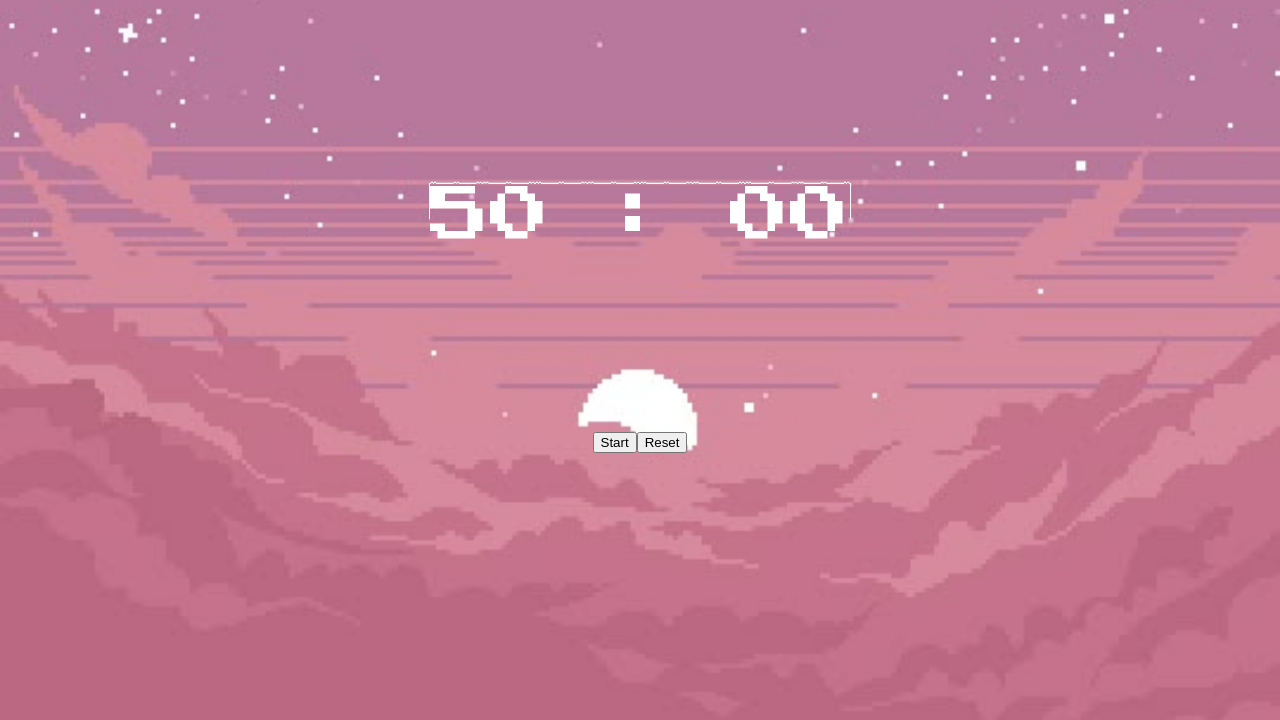
Repository: niharikapatil2306/Study-Timer
Page: index.html
These files come from the project's save history. The page is drawn as it stood at one moment and after the next save; the edit follows.
The browser window is 1280 px wide. The pictures show the whole page.

Above is the page before, as saved 2025-02-15 17:38:31.

### index.html
<!DOCTYPE html>
<html lang="en">
<head>
    <meta charset="UTF-8">
    <meta name="viewport" content="width=device-width, initial-scale=1.0">
    <title>Study Timer</title>
    <link href="https://fonts.googleapis.com/css2?family=Press+Start+2P&display=swap" rel="stylesheet">
    <link rel="stylesheet" href="style.css" />
</head>
<body style="background-color: black;">
    <div class="container">
        <div class="timer">
            <div class="box">
                <span id="min">
                    50
                </span>
                :
                <span id="sec">
                    00
                </span>
            </div>
        </div>
        <div class="button_container">
            <button id="start">
                Start
            </button>
            <button id="reset">
                Reset
            </button>
        </div>
    </div>
    <script src="./clock.js"></script>
</body>
</html>

### style.css
body {
    margin: 0;
    padding: 0;
    background: url("./img/bg.jpeg") no-repeat center center fixed;
    background-size: cover;
}

.container{
    height: 100vh;
}

.box{
    border: 16px solid transparent;
    border-image: url('./img/border1.png') 100 round;
}

.timer{
    font-family: 'Press Start 2P', monospace;
    height: 60vh;
    font-size: 60px;
    font-weight: 400;
    color: white;
    display: flex;
    align-items: center;
    justify-content: center;
}

.button_container{
    display: flex;
    align-items: center;
    justify-content: center;
}

/* .timer {

    font-size: 50px;
    color: ivory;
    text-rendering: optimizeSpeed;
}

.box{
    width: max-content ;
    border: 1px solid white;
}

span{
    padding: 4px;
    margin: 8px;
}

.container{
    text-align: center;
    width: 100vw;
    height: 100vh;
    display: flex;
    position: relative; */
    /* flex-direction: column;
    justify-content: center;

} */

### clock.js
let timer;
let timeLeft = 50*60 // 50 minutes
const min = document.getElementById("min");
const sec = document.getElementById("sec");
const startBtn = document.getElementById("start");
const resetBtn = document.getElementById("reset");

function updateDisplay(){
    let minutes = Math.floor(timeLeft/60);
    let seconds = timeLeft%60;
    min.textContent = minutes.toString().padStart(2, "0");
    sec.textContent = seconds.toString().padStart(2, "0");
}

startBtn.addEventListener("click", () => {
    if(!timer){
        timer = setInterval(() => {
            if(timeLeft>0){
                timeLeft--;
                updateDisplay();
            }
            else{
                clearInterval(timer);
                timer = null;
                alert("Take a break!!")
            }
        }, 1000);
    }
});

resetBtn.addEventListener("click", () => {
    clearInterval(timer);
    timer = null;
    timeLeft = 50*60;
    updateDisplay();
});

After the next save:
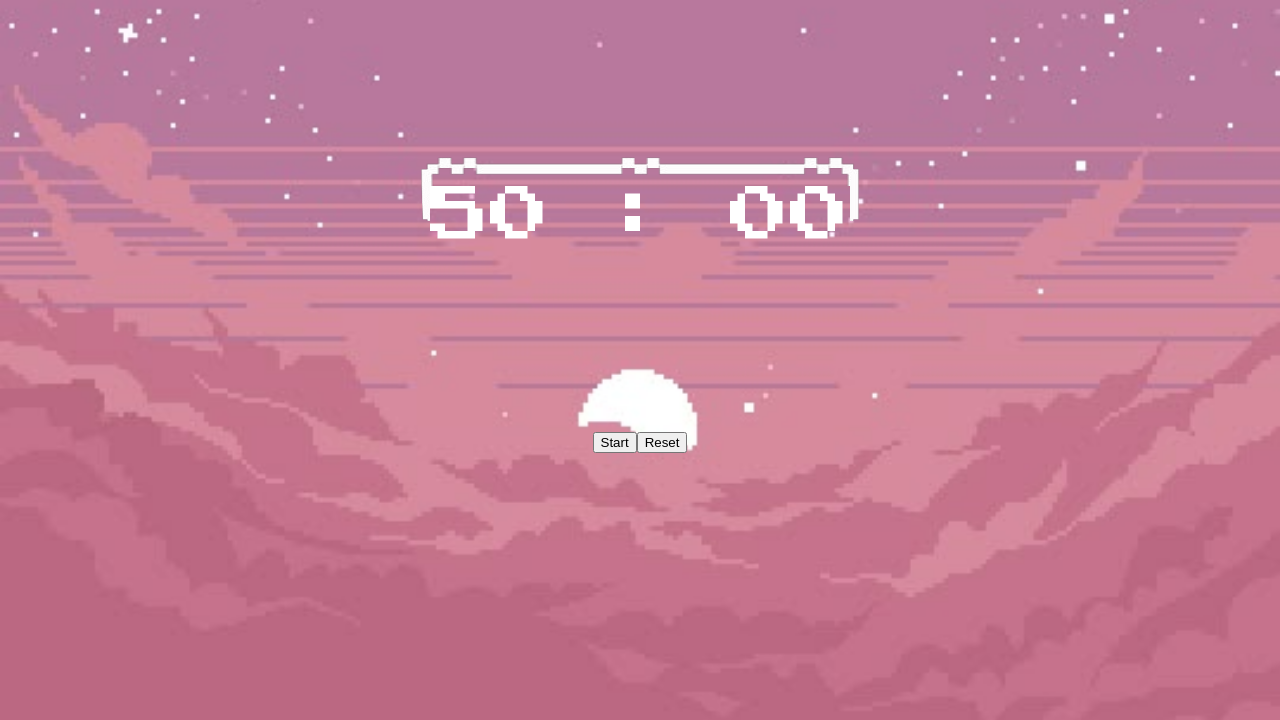
Saved 6 s later.
--- a/style.css
+++ b/style.css
@@ -10,7 +10,7 @@ body {
 }
 
 .box{
-    border: 16px solid transparent;
+    border: 100px solid transparent;
     border-image: url('./img/border1.png') 100 round;
 }
 
